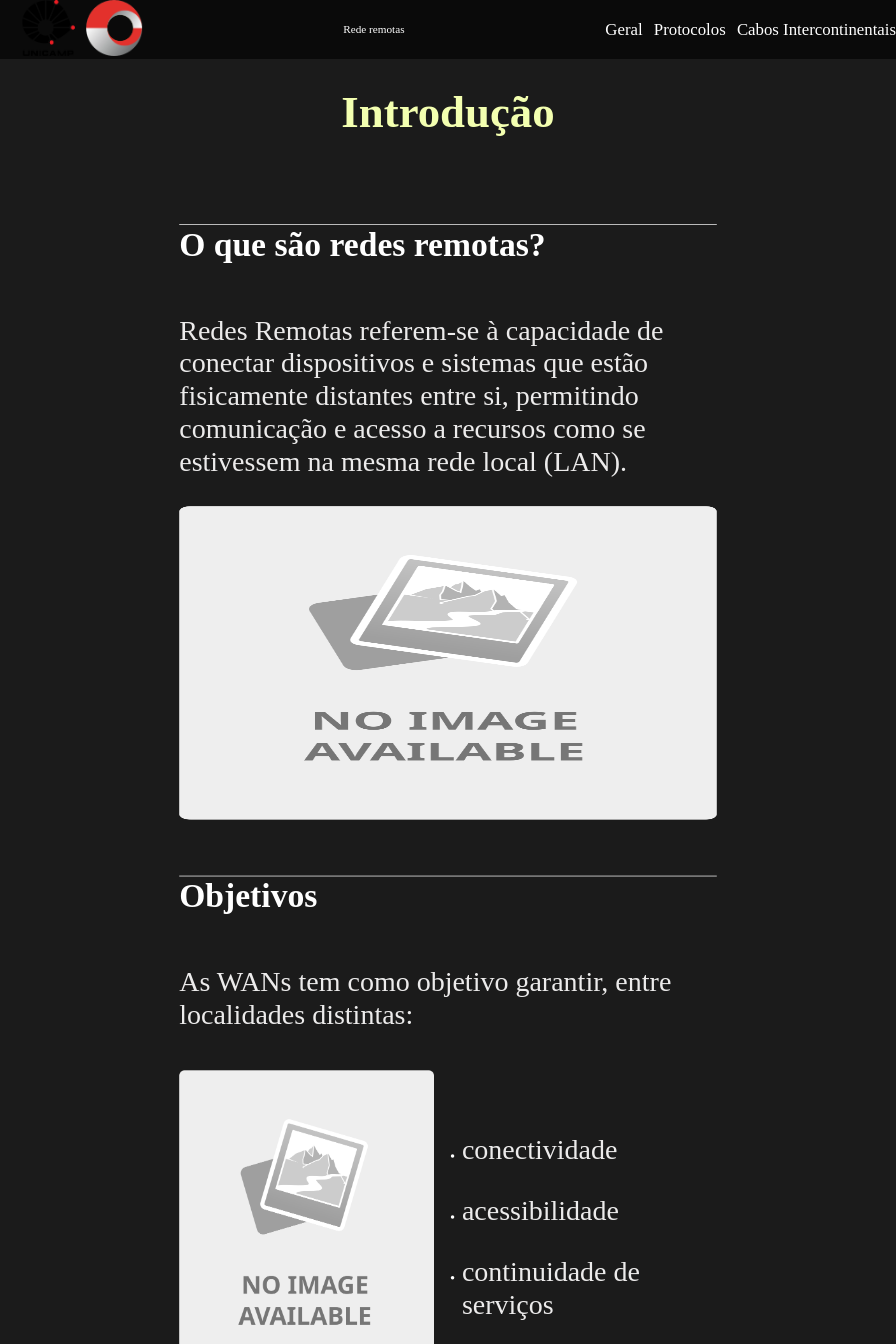
Repository: rafafbd/Site-sobre-redes-remotas
Page: Code/index.html
These files come from the project's save history. The page is drawn as it stood at one moment and after the next save; the edit follows.
The browser window is 1280 px wide. The pictures show the part of the page from y = 0 to 1920 px (the page is 8539 px tall), at 70% of full size.

Above is the page before, as saved 2025-05-27 07:57:54.

### Code/index.html
<!DOCTYPE html>
<html lang="en">

<head>
    <meta charset="UTF-8">
    <meta name="viewport" content="width=device-width, initial-scale=1.0">
    <title>Redes remotas</title>
    <link rel="stylesheet" href="index.css">
</head>
<body>
    <header class="flex-space" id="header">
        <div class="flex-space gap logos">
            <a href="https://unicamp.br/"><img src="/Assets/image.png" alt="" class="logo"></a>
            <a href="https://cotuca.unicamp.br/"><img src="/Assets/logo-cotuca.png" alt="" class="logo"></a>
        </div>
        <p class="titulo-principal centro">Rede remotas</p>
        <div class="flex-space meio gap">
            <a href="#header" class="aHead">Geral</a>
            <a href="" class="aHead">Protocolos</a>
            <a href="caboInt.html" class="aHead">Cabos Intercontinentais</a>
        </div>
    </header>
    <main class="centro">

        <div class="full-content centro">
            <h1 class="titulo">Introdução</h1>
        </div>
        <!-- Introdução -->
        <div class="full-content">
            <h1 class="subtitulo">O que são redes remotas?</h1>
        </div>
        <div class="centro">
            <p class="full-content texto">Redes Remotas referem-se à capacidade de conectar dispositivos e sistemas que
                estão fisicamente distantes entre si, permitindo comunicação e acesso a recursos como se estivessem na
                mesma rede local (LAN).</p>
            <img src="/Assets/placeholder.png" alt="" class="full-content imagem">
        </div>

        <!-- Objetivos -->
        <div class="full-content">
            <h1 class="subtitulo">Objetivos</h1>
        </div>
        <p class="full-content texto">As WANs tem como objetivo garantir, entre localidades distintas:</p>
        <div class="full-content flex-space padCima">
            <img src="/Assets/placeholder.png" alt="" class="imagem">
            <ul class="lista">
                <li>
                    <p class="texto">conectividade</p>
                </li>
                <li>
                    <p class="texto">acessibilidade</p>
                </li>
                <li>
                    <p class="texto">continuidade de serviços</p>
                </li>
            </ul>
        </div>


        <!-- Importância -->
        <div class="full-content">
            <div>
                <h1 class="subtitulo">Importância</h1>
            </div>
            <ul class="lista">
                <li>
                    <p class="texto">Governamental</p>
                </li>
                <li>
                    <p class="texto">Empresarial</p>
                </li>
                <li>
                    <p class="texto">Individual</p>
                </li>
            </ul>
        </div>

        <!-- Modos de conexão -->
        <div class="full-content centro">
            <h1 class="titulo">Modos de conexão</h1>
        </div>

        <div class="full-content flex-space padCima">
            <ul class="lista">
                <li><p class="texto">Linhas Alugadas</p></li>
                <li><p class="texto">Tunelamento</p></li>
                <li><p class="texto">MPLS (Multiprotocol Label Switching)</span></p></li>
                <li><p class="texto">SD-WAN (WAN Definida por Software)</span></p></li>
                <li><p class="texto">MPLS vs SD-WAN</p></li>
            </ul>
        </div>

        <div class="full-content">
            <h1 class="subtitulo">Linhas Alugadas</h1>
        </div>
        <div class="full-content flex-space padCima">
            <img src="/Assets/placeholder.png" alt="" class="imagem">
            <ul class="lista">
                <li><p class="texto">Utilizadas para integrar <span>duas LANs distantes</span>.</p></li>
                <li><p class="texto">Fornecidas por <span>provedores de serviços de Internet (ISPs)</span>.</p></li>
                <li><p class="texto">Oferecem <span>alta disponibilidade</span> e <span>baixa latência</span>.</p></li>
                <li><p class="texto">Ideais para aplicações com <span>tráfego constante e estável</span>.</p></li>
            </ul>
        </div>

        <div class="full-content">
            <h1 class="subtitulo">Tunelamento</h1>
        </div>
        <div class="centro">
            <p class="full-content texto">
                O <span>tunelamento</span> permite encapsular pacotes de dados para que sejam transmitidos com segurança
                por redes públicas como a Internet. Ele é fundamental para a criação de <span>VPNs (redes privadas
                    virtuais)</span>, onde os dados trafegam de forma <span>criptografada</span> por um “túnel” digital,
                conectando usuários remotos a redes corporativas de forma protegida. Isso assegura <span>privacidade,
                    integridade</span> e acesso seguro a recursos internos.
            </p>
            <img src="/Assets/placeholder.png" alt="" class="full-content imagem">
        </div>

        <div class="full-content">
            <h1 class="subtitulo">MPLS (Multiprotocol Label Switching)</h1>
        </div>
        <div class="centro">
            <p class="full-content texto">
                O <span>MPLS</span> usa rótulos para direcionar dados rapidamente entre pontos da rede. Opera entre as camadas 2 e 3 do modelo OSI e pode ser usado com <span>ethernet, ATM, frame relay</span> ou <span>IPv6</span>.
            </p>
        </div>

        <div class="full-content">
            <h1 class="subtitulo">SD-WAN (WAN Definida por Software)</h1>
        </div>
        <div class="centro">
            <p class="full-content texto">
                A <span>SD-WAN</span> é uma abordagem moderna que passa o controle da rede para uma
                <span>camada de software</span>. Ao <span>utilizar conexões de Internet</span> convencionais e estáveis, ela oferece
                uma alternativa mais <span>flexível</span> e econômica ao MPLS, que depende de hardware. A SD-WAN permite configurar e otimizar o
                tráfego entre filiais, data centers e a nuvem, com foco em agilidade, segurança e <span>redução de custos</span>.
                Mesmo assim, a SD-WAN pode usar aproveitar e usar o MPLS.
            </p>
            <img src="/Assets/placeholder.png" alt="" class="full-content imagem">
        </div>

        <!-- Nome do tópico -->

        <div class="centro">
            <p class="full-content texto">Lorem ipsum dolor sit, amet consectetur adipisicing elit. Porro aperiam,
                assumenda
                quasi dolores nobis ipsum eius, fugiat asperiores voluptatibus beatae voluptas, laborum eveniet?
                Maiores, et
                omnis. Corrupti odio doloribus molestiae.</p>
            <img src="/Assets/placeholder.png" alt="" class="full-content imagem">
        </div>


        <div class="full-content">
            <h1 class="subtitulo">Subtítulo 2</h1>
        </div>
        <div class="full-content flex-space padCima">
            <img src="/Assets/placeholder.png" alt="" class="imagem">
            <ul class="lista">
                <li>
                    <p class="texto">bla bla</p>
                </li>
                <li>
                    <p class="texto">o o o o o</p>
                </li>
                <li>
                    <p class="texto">topico legal</p>
                </li>
            </ul>
        </div>
    </main>
</body>

</html>

### Code/index.css

:root{
    --branco: #ffffff;
    --bracoc: #ecebeb;
    --pastel: #f3ffb0;
    --pretoEsc: #0a0a0a;
    --pretoCla: #1b1b1b ;
}

body{
    margin: 0;
}

.flex-space{
    display: flex;
    justify-content: space-between;
    align-items: center;
}

.gap{
    gap: 1rem;
}

.central{
    position: absolute;
    left: 50%;
    transform: translateX(-50%);
}

.centro{
    display: flex;
    justify-content: center;
    flex-wrap: wrap;
}

.meio{
    display: flex;
    align-items: center;
}

.full-content{
    width: 60%;
}

.padCima{
    padding-top: 1rem;
}

.imagem{
    height: 28rem;
}

.titulo{
    color: var(--pastel);
    font-size: 4rem;
    font-weight: bolder;
}

.subtitulo{
    color: var(--branco);
    font-size: 3rem;
    font-weight: bold;
    border-top: solid 0.1rem var(--branco);
    margin-top: 5rem;
}

.titulo-principal{
    color: var(--branco);
}

.texto{
    color: var(--bracoc);
    font-size: 2.5rem;
}

span{
    /* text-decoration: underline; */
    font-weight: bold;
}

.lista{
    list-style-type: disc;
}

.lista li::marker{
    color: var(--branco);
}

header{
    position: fixed;
    width: 100%;
    background-color: var(--pretoEsc);
    margin-bottom: 1rem;
}

.logos{
    margin-left: 2rem;
}

.logo{
    height: 5rem;
}

.nav{
    margin-right: 2rem;
}

.aHead{
    color: var(--branco);
    text-decoration: none;
    font-size: 1.5rem;
}

main{
    padding-top: 5rem;
    background-color: var(--pretoCla);
    flex-direction: column;
    align-items: center;
}

After the next save:
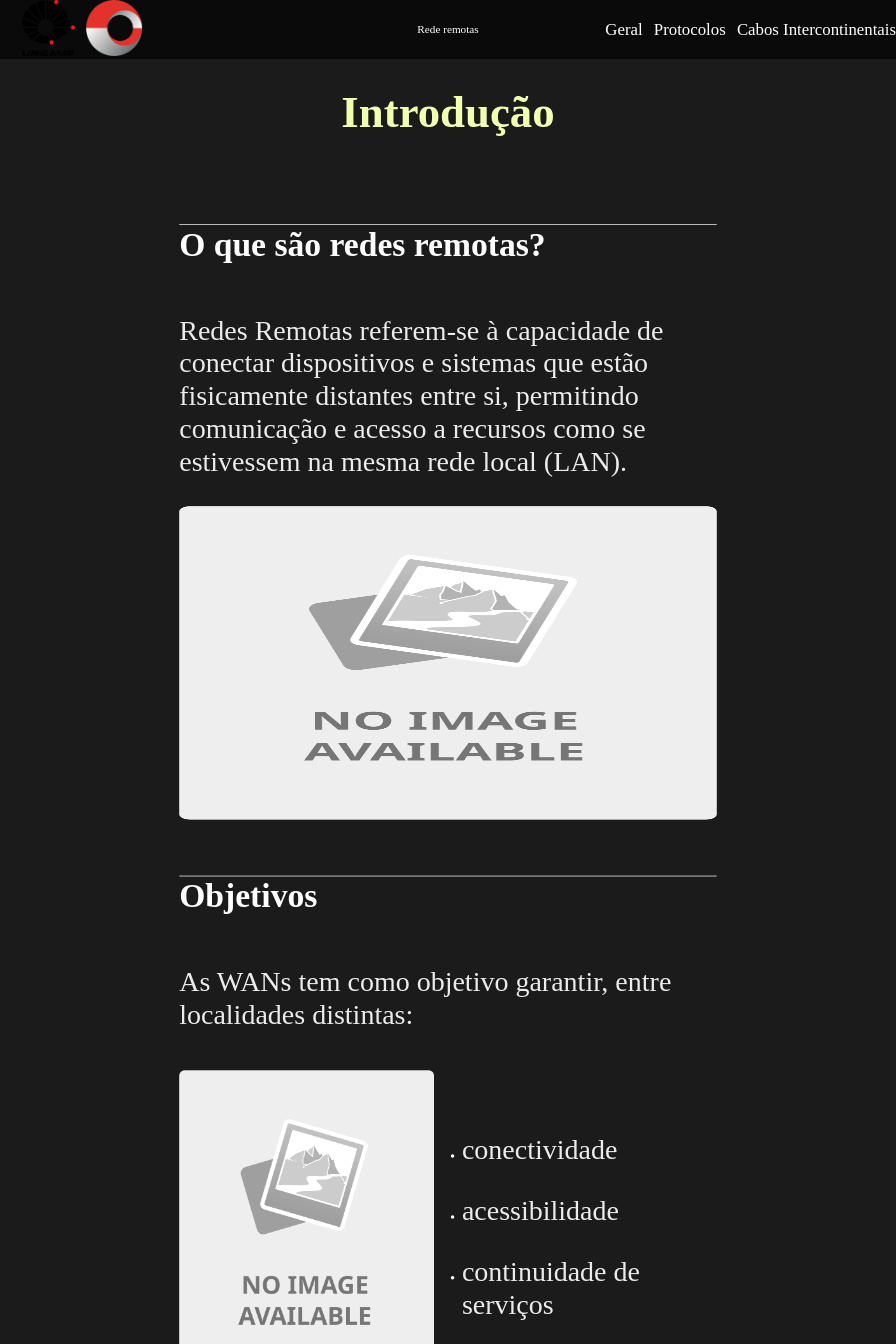
Saved 15 s later.
--- a/Code/index.html
+++ b/Code/index.html
@@ -13,7 +13,7 @@
             <a href="https://unicamp.br/"><img src="/Assets/image.png" alt="" class="logo"></a>
             <a href="https://cotuca.unicamp.br/"><img src="/Assets/logo-cotuca.png" alt="" class="logo"></a>
         </div>
-        <p class="titulo-principal centro">Rede remotas</p>
+        <p class="titulo-principal central">Rede remotas</p>
         <div class="flex-space meio gap">
             <a href="#header" class="aHead">Geral</a>
             <a href="" class="aHead">Protocolos</a>
